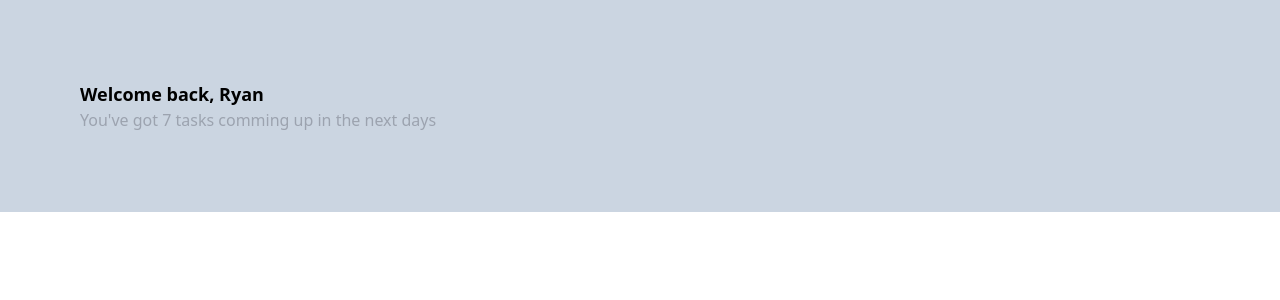
Repository: daohuyhoang9119/TodoApp
Page: /
An editor plug-in stored every save of this project. The page is shown before and after the next save, followed by the edit.
The browser window is 1280 px wide. The pictures show the whole page.
The project was rebuilt for these pictures with package versions that can differ from the ones it lists, and the page was loaded fresh each time. Also part of the build but not shown: vite.config.ts, src/App.css.

Above is the page before, as saved 2023-02-20 15:43:37.

After the next save:
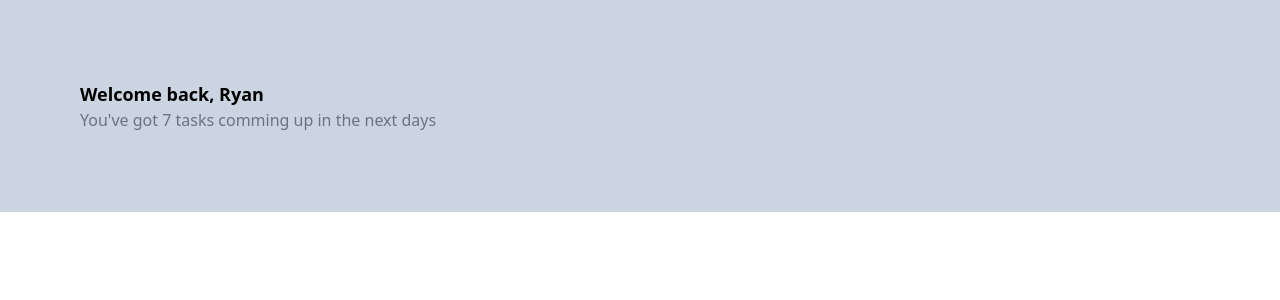
Saved 8 s later.
--- a/src/components/Header/Header.tsx
+++ b/src/components/Header/Header.tsx
@@ -4,7 +4,7 @@ function Header() {
   return (
     <div className="">
       <h1 className="font-sans text-lg font-semibold">Welcome back, Ryan</h1>
-      <p className="font-sans text-gray-400">
+      <p className="font-sans text-gray-500">
         You've got 7 tasks comming up in the next days
       </p>
     </div>
